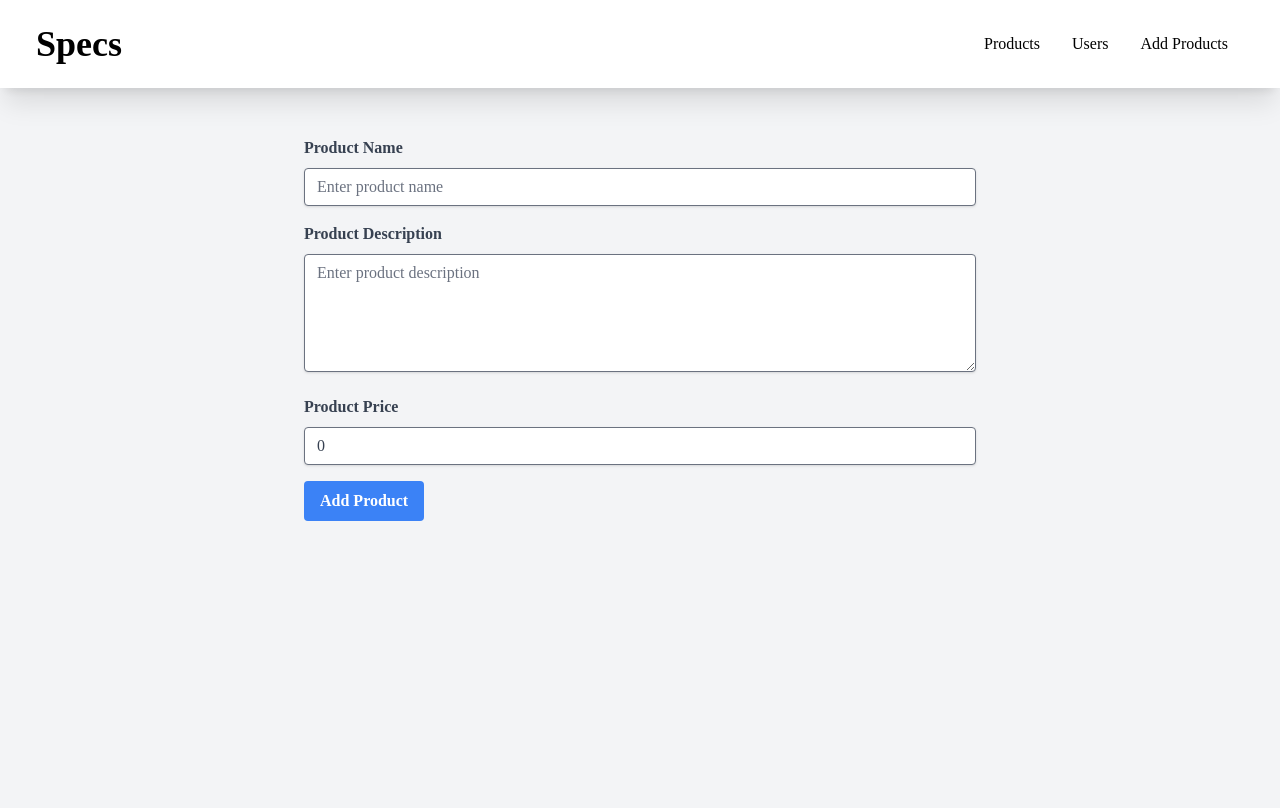
Repository: rushit163/frames-ecommerce
Page: /
These files come from the project's save history. The page is drawn as it stood at one moment and after the next save; the edit follows.
The browser window is 1280 px wide. The pictures show the whole page.
The project was rebuilt for these pictures with package versions that can differ from the ones it lists, and the page was loaded fresh each time. The framework's server and built-in components were replaced by stand-ins that run in the browser. Also part of the build but not shown: next.config.js.

Above is the page before, as saved 2023-05-06 07:34:40.

### pages/index.tsx
import Image from 'next/image'
import { Inter } from 'next/font/google';
import Admin_homePage from './Admin_homePage';
import Add_Products from './Add_Products';
const inter = Inter({ subsets: ['latin'] })

export default function Home() {
  return (

      <Add_Products/>

  )
}

### styles/globals.css
@tailwind base;
@tailwind components;
@tailwind utilities;

@import url("https://fonts.googleapis.com/css2?family=Playfair+Display:ital,wght@0,400;0,500;0,600;0,700;0,800;0,900;1,400;1,500;1,600;1,700;1,800;1,900&display=swap");

.swiper {
  width: 700px;
  height: 500px;
}

### pages/Add_Products.tsx
import Navbar from '@/components/Navbar_Admin';
import React, { useState } from 'react';

const AddProducts = () => {
  const [name, setName] = useState('');
  const [description, setDescription] = useState('');
  const [price, setPrice] = useState(0);

  const handleSubmit = (event) => {
    event.preventDefault();

  };

  return (
    <>
      <Navbar />
      <div className="bg-gray-100 min-h-screen">
        <div className="max-w-7xl mx-auto py-6 sm:px-6 lg:px-8">
          <div className="px-4 py-6 sm:px-0">
            <div className="max-w-2xl mx-auto">
              <form onSubmit={handleSubmit}>
                <div className="mb-4">
                  <label
                    htmlFor="name"
                    className="block text-gray-700 font-bold mb-2"
                  >
                    Product Name
                  </label>
                  <input
                    type="text"
                    name="name"
                    id="name"
                    className="shadow appearance-none border rounded w-full py-2 px-3 text-gray-700 leading-tight focus:outline-none focus:shadow-outline"
                    placeholder="Enter product name"
                    value={name}
                    onChange={(event) => setName(event.target.value)}
                  />
                </div>
                <div className="mb-4">
                  <label
                    htmlFor="description"
                    className="block text-gray-700 font-bold mb-2"
                  >
                    Product Description
                  </label>
                  <textarea
                    name="description"
                    id="description"
                    className="shadow appearance-none border rounded w-full py-2 px-3 text-gray-700 leading-tight focus:outline-none focus:shadow-outline"
                    placeholder="Enter product description"
                    rows="5"
                    value={description}
                    onChange={(event) => setDescription(event.target.value)}
                  ></textarea>
                </div>
                <div className="mb-4">
                  <label
                    htmlFor="price"
                    className="block text-gray-700 font-bold mb-2"
                  >
                    Product Price
                  </label>
                  <input
                    type="number"
                    name="price"
                    id="price"
                    className="shadow appearance-none border rounded w-full py-2 px-3 text-gray-700 leading-tight focus:outline-none focus:shadow-outline"
                    placeholder="Enter product price"
                    value={price}
                    onChange={(event) => setPrice(event.target.value)}
                  />
                </div>
                <div className="flex items-center justify-between">
                  <button
                    type="submit"
                    className="bg-blue-500 hover:bg-blue-700 text-white font-bold py-2 px-4 rounded focus:outline-none focus:shadow-outline"
                  >
                    Add Product
                  </button>
                </div>
              </form>
            </div>
          </div>
        </div>
      </div>
    </>
  );
};

export default AddProducts;

### components/Navbar_Admin.tsx
import Link from 'next/link';
import React, { useState } from 'react';


const Navbar = () => {
  const [nav, setNav] = useState(false);

  const handleNav = () => {
    setNav(!nav);
  };


  return (
    <div className='sticky bg-primary left-0 top-0 w-full ease-in duration-300 shadow-xl'>
      <div className='max-w-[1240px] m-auto flex justify-between items-center p-4 text-black'>
        <Link href='/'>
          <h1  className='font-bold text-4xl'>
            Specs
          </h1>
        </Link>
        <ul className='hidden sm:flex'>

          <li className='p-4'>
            <Link href='/#gallery'>Products</Link>
          </li>
          <li className='p-4'>
            <Link href='/work'>Users</Link>
          </li>
          <li className='p-4'>
            <Link href='/contact'>Add Products</Link>
          </li>
        </ul>

        {/* Mobile Button */}
        <div onClick={handleNav} className='block sm:hidden z-10 cursor-pointer'>
          {nav ? (
            <div>
                <svg xmlns="http://www.w3.org/2000/svg" fill="none" viewBox="0 0 24 24" strokeWidth={1.5} stroke="currentColor" className="w-6 h-6">
                <path strokeLinecap="round" strokeLinejoin="round" d="M6 18L18 6M6 6l12 12" />
                </svg>

            </div>
          ) : (
            <div >
                <svg xmlns="http://www.w3.org/2000/svg" fill="none" viewBox="0 0 24 24" strokeWidth={1.5}  stroke="currentColor" className="w-6 h-6">
                 <path strokeLinecap="round" strokeLinejoin="round" d="M3.75 5.25h16.5m-16.5 4.5h16.5m-16.5 4.5h16.5m-16.5 4.5h16.5" />
                </svg>
            </div>
          )}
        </div>
        {/* Mobile Menu */}
        <div
          className={
            nav
              ? 'sm:hidden absolute top-0 left-0 right-0 bottom-0 flex justify-center items-center w-full h-screen bg-primary bg-opacity-70 backdrop-blur-sm text-center ease-in duration-300'
              : 'sm:hidden absolute top-0 left-[-100%] right-0 bottom-0 flex justify-center items-center w-full h-screen bg-primary text-center ease-in duration-300 bg-opacity-70 backdrop-blur-sm'
          }
        >
          <ul>
            <li onClick={handleNav} className='p-4 text-4xl '>
              <Link href='/'>Products</Link>
            </li>
            <li onClick={handleNav} className='p-4 text-4xl '>
              <Link href='/#gallery'>User</Link>
            </li>
            <li onClick={handleNav} className='p-4 text-4xl '>
              <Link href='/work'>Add products</Link>
            </li>
            {/* <li onClick={handleNav} className='p-4 text-4xl'>
              <Link href='/contact'>Contact</Link>
            </li> */}
          </ul>
        </div>
      </div>
    </div>
  );
};




export default Navbar;

### tailwind.config.js
/** @type {import('tailwindcss').Config} */
module.exports = {
  content: [
    "./pages/**/*.{js,ts,jsx,tsx,mdx}",
    "./components/**/*.{js,ts,jsx,tsx,mdx}",
    "./app/**/*.{js,ts,jsx,tsx,mdx}",
  ],
  theme: {
    extend: {
      colors: {
        primary: "#ffffff",
        secondary: "#7e57c2",
      },
      fontFamily: {
        primary: ["Playfair Display", "serif"],
      },
    },
  },
  plugins: [require("@tailwindcss/forms")],
};

### pages/Admin_homePage.tsx
import Navbar from '@/components/Navbar_Admin';
import React from 'react';
import { useState } from 'react';

const products = [
    {
      id: 1,
      name: 'John Doe',
      productName: 'Product A',
      quantity: 10,
      price: 50.0
    },
    {
      id: 2,
      name: 'Jane Smith',
      productName: 'Product B',
      quantity: 5,
      price: 20.0
    },
    {
      id: 3,
      name: 'Bob Johnson',
      productName: 'Product C',
      quantity: 2,
      price: 100.0
    },
    {
      id: 4,
      name: 'Sarah Lee',
      productName: 'Product D',
      quantity: 8,
      price: 75.0
    },
    {
      id: 5,
      name: 'Tom Davis',
      productName: 'Product E',
      quantity: 15,
      price: 40.0
    },
    {
      id: 6,
      name: 'Amy Chen',
      productName: 'Product F',
      quantity: 3,
      price: 120.0
    },
    {
      id: 7,
      name: 'David Kim',
      productName: 'Product G',
      quantity: 6,
      price: 90.0
    },
    {
      id: 8,
      name: 'John Doe',
      productName: 'Product A',
      quantity: 10,
      price: 50.0
    },
    {
      id: 9,
      name: 'Jane Smith',
      productName: 'Product B',
      quantity: 5,
      price: 20.0
    },
    {
      id: 10,
      name: 'Bob Johnson',
      productName: 'Product C',
      quantity: 2,
      price: 100.0
    },
    {
      id: 11,
      name: 'Sarah Lee',
      productName: 'Product D',
      quantity: 8,
      price: 75.0
    },
    {
      id: 12,
      name: 'Tom Davis',
      productName: 'Product E',
      quantity: 15,
      price: 40.0
    },
    {
      id: 13,
      name: 'Amy Chen',
      productName: 'Product F',
      quantity: 3,
      price: 120.0
    },
    {
      id: 14,
      name: 'David Kim',
      productName: 'Product G',
      quantity: 6,
      price: 90.0
    }
  ];


  const Admin_homePage = () => {
    const [currentPage, setCurrentPage] = useState(1);
    const [itemsPerPage, setItemsPerPage] = useState(10);

    // Logic to get current items
    const indexOfLastItem = currentPage * itemsPerPage;
    const indexOfFirstItem = indexOfLastItem - itemsPerPage;
    const currentItems = products.slice(indexOfFirstItem, indexOfLastItem);

    // Logic to paginate
    const pageNumbers = [];
    for (let i = 1; i <= Math.ceil(products.length / itemsPerPage); i++) {
      pageNumbers.push(i);
    }

    const tableHeight = `${currentItems.length * 8}rem`; // adjust this value to fit your table row height

    const renderPageNumbers = pageNumbers.map(number => {
      return (
        <li
          key={number}
          className={`relative inline-flex items-center px-4 py-2 border border-gray-300 bg-white text-sm font-medium text-gray-700 hover:bg-gray-50 ${currentPage === number ? 'bg-gray-200' : ''}`}
          onClick={() => setCurrentPage(number)}
        >
          {number}
        </li>
      );
    });

    return (
      <>
        <Navbar />
        <div className="flex items-center justify-center h-screen md:pl-20 md:pr-20">
          <div className="w-full h-[80vh] text-sm">
            <table className={`w-full ${tableHeight}`}>
              <thead className="bg-gray-50">
                <tr>
                  <th
                    scope="col"
                    className="px-4 py-2 text-left font-medium text-gray-500 uppercase tracking-wider"
                  >
                    Brand
                  </th>
                  <th
                    scope="col"
                    className="px-4 py-2 text-left font-medium text-gray-500 uppercase tracking-wider"
                  >
                    Product Name
                  </th>
                  <th
                    scope="col"
                    className="px-4 py-2 text-left font-medium text-gray-500 uppercase tracking-wider"
                  >
                    Quantity
                  </th>
                  <th
                    scope="col"
                    className="px-4 py-2 text-left font-medium text-gray-500 uppercase tracking-wider"
                  >
                    Price
                  </th>
                </tr>
              </thead>
              <tbody className="bg-white divide-y divide-gray-200">
                {currentItems.length === 0 ? (
                  <tr>
                    <td colSpan="5" className="text-center p-4">
                      <h1>No items present in the table</h1>
                    </td>
                  </tr>
                ) : (
                  currentItems.map((product) => (
                    <tr key={product.id} className="hover:bg-gray-100">
                      <td className="px-4 py-2 whitespace-nowrap">{product.name}</td>
                      <td className="px-4 py-2 whitespace-nowrap">{product.productName}</td>
                      <td className="px-4 py-2 whitespace-nowrap">{product.quantity}</td>
                      <td className="px-4 py-2 whitespace-nowrap">{product.price}</td>
                    </tr>
                  ))
                )}
              </tbody>
            </table>
            <ul className="flex space-x-2 mt-4">{renderPageNumbers}</ul>
          </div>
        </div>
      </>
    );
  };

export default Admin_homePage;

Loaded but not shown: pages/_app.tsx (common file); pages/_document.tsx (common file)

After the next save:
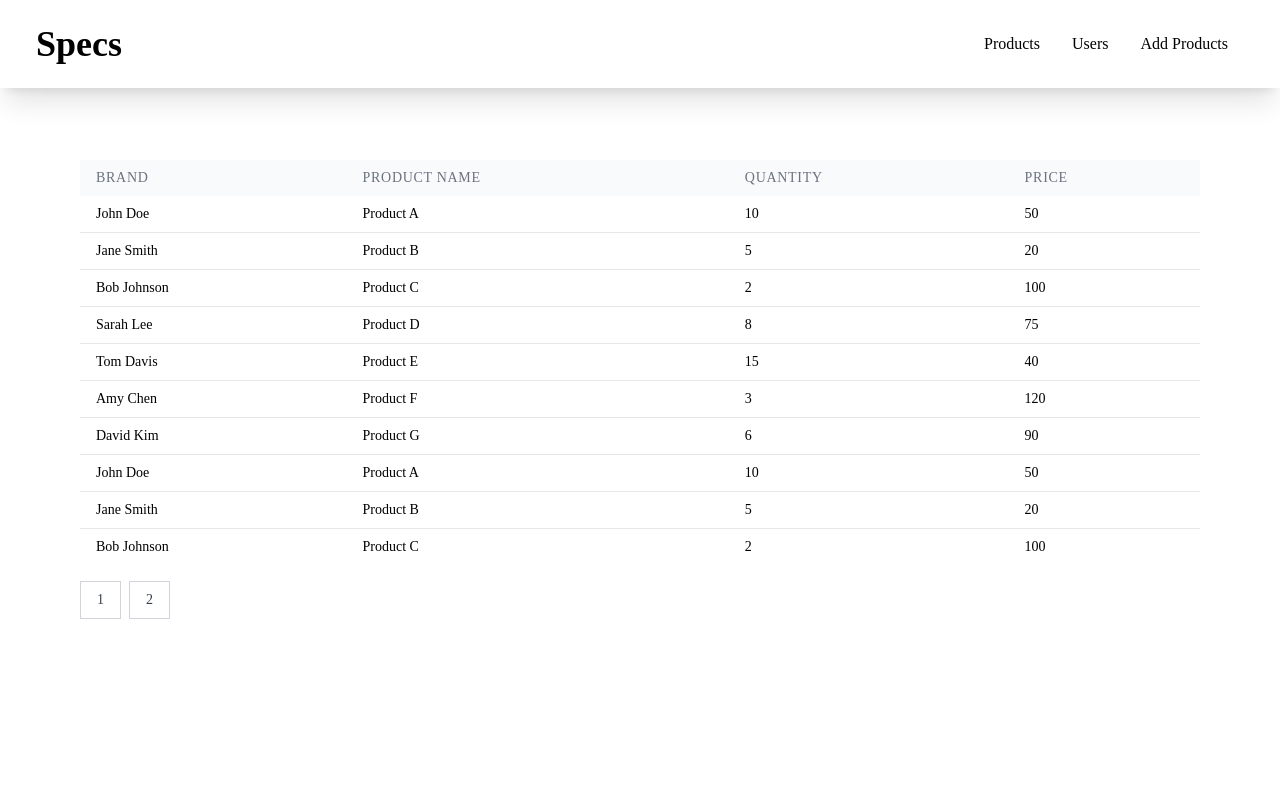
Saved 11 min 40 s later.
--- a/pages/index.tsx
+++ b/pages/index.tsx
@@ -7,7 +7,7 @@
 export default function Home() {
   return (
 
-      <Add_Products/>
+      <Admin_homePage/>
 
   )
 }

After the save that followed:
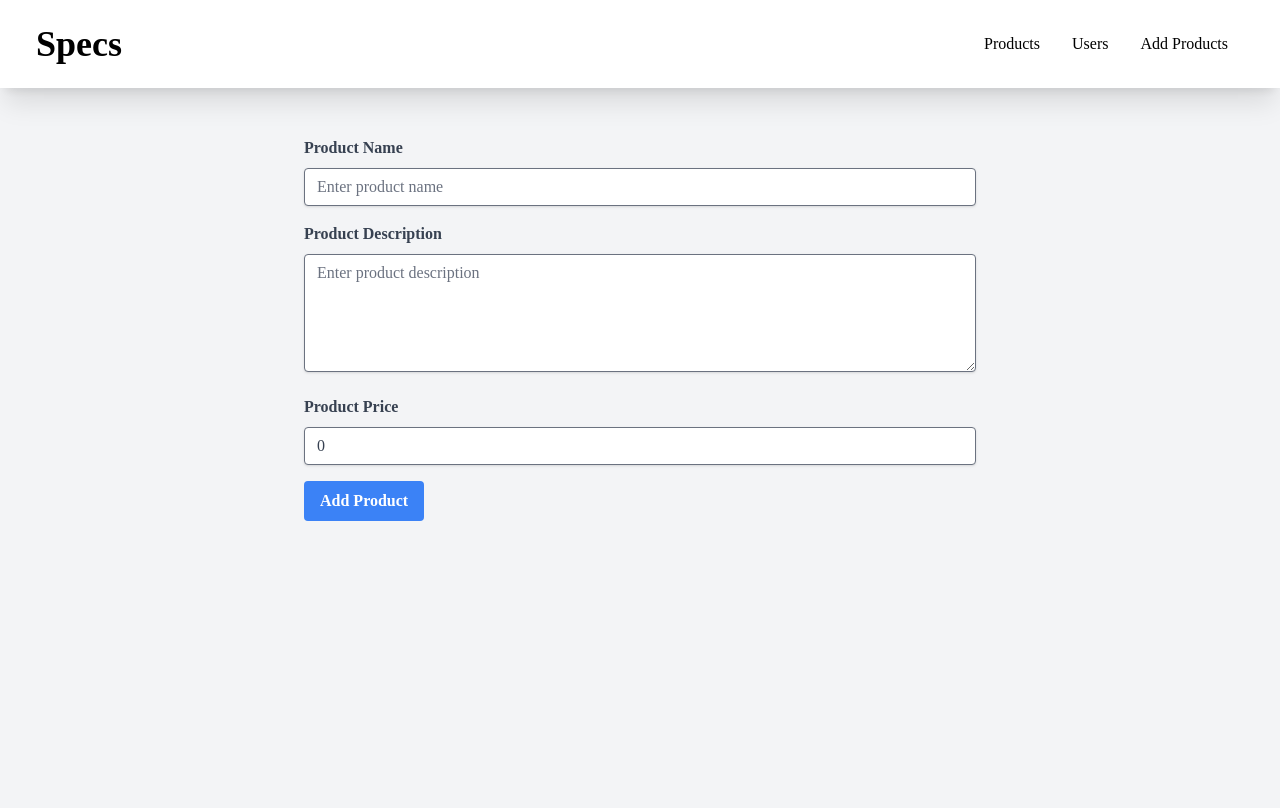
Saved 58 s later.
--- a/pages/index.tsx
+++ b/pages/index.tsx
@@ -7,7 +7,7 @@
 export default function Home() {
   return (
 
-      <Admin_homePage/>
+      <Add_Products/>
 
   )
 }
